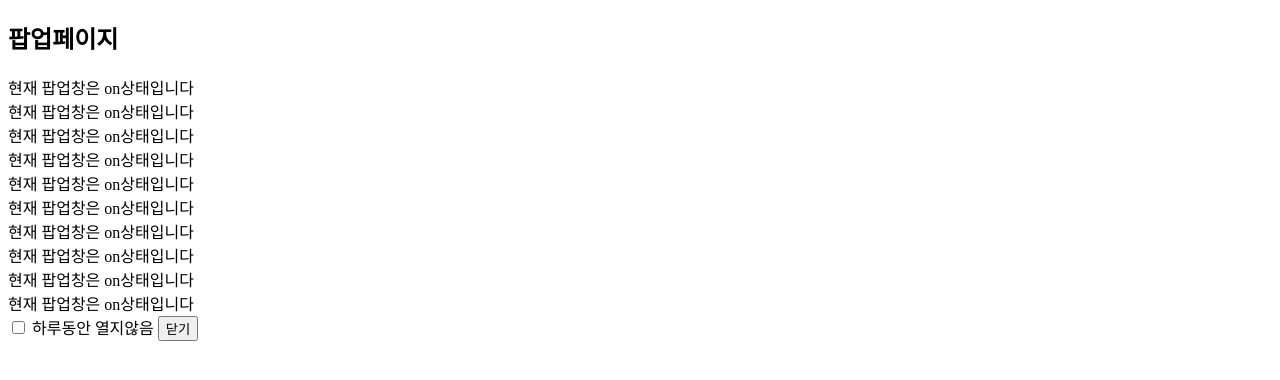
Repository: design-view/jspstudy
Page: http://localhost/GreenJsp/05cookiesession/popuppage.jsp
These files come from the project's save history. The page is drawn as it stood at one moment and after the next save; the edit follows.
The browser window is 1280 px wide. The pictures show the whole page.
The page is served by Tomcat 9. Other server files are loaded and not shown.

Above is the page before, as saved 2024-01-16 05:32:01.

### GreenJsp/src/main/webapp/05cookiesession/popuppage.jsp
<%@ page language="java" contentType="text/html; charset=UTF-8"
    pageEncoding="UTF-8"%>
<%
	String popupMode="on";
%>
<!DOCTYPE html>
<html>
<head>
<meta charset="UTF-8">
<title>Insert title here</title>
</head>
<body>
	<h2>팝업페이지</h2>
	<%
		for(int i=0; i<10; i++){
			out.println("현재 팝업창은 "+popupMode+"상태입니다<br/>");
		}
	%>
	<div id="popup">
		<form>
			<input type="checkbox" id="checkToday" value="1" />
			하루동안 열지않음 <input type="button"  value="닫기" id="closebtn"/>
		</form>
	</div>
</body>
</html>

After the next save:
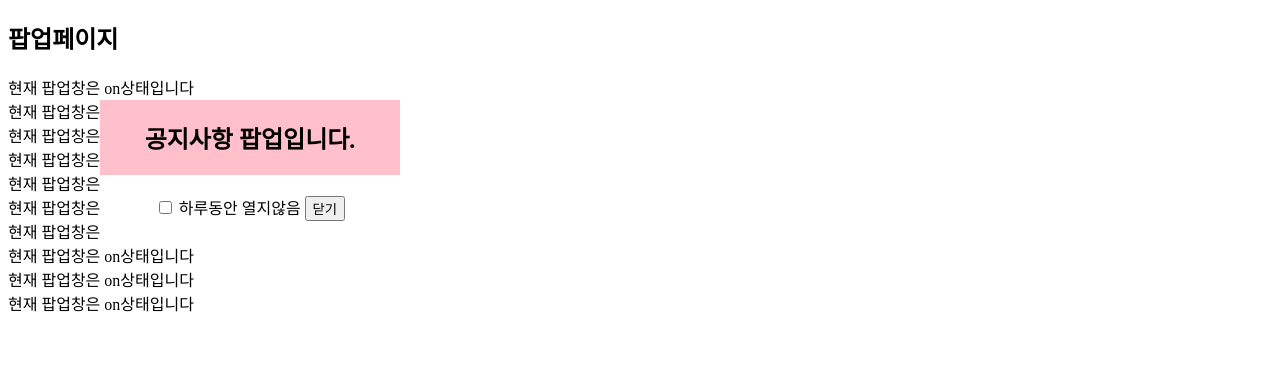
Saved 3 min 53 s later.
--- a/GreenJsp/src/main/webapp/05cookiesession/popuppage.jsp
+++ b/GreenJsp/src/main/webapp/05cookiesession/popuppage.jsp
@@ -8,6 +8,20 @@
 <head>
 <meta charset="UTF-8">
 <title>Insert title here</title>
+<style>
+	#popup {
+		position: absolute;
+		top: 100px;
+		left: 100px;
+		width: 300px;
+		background: pink;
+		text-align:center;
+	}
+	#popup div {
+		background: #fff;
+		padding:20px;
+	}
+</style>
 </head>
 <body>
 	<h2>팝업페이지</h2>
@@ -17,10 +31,13 @@
 		}
 	%>
 	<div id="popup">
-		<form>
-			<input type="checkbox" id="checkToday" value="1" />
-			하루동안 열지않음 <input type="button"  value="닫기" id="closebtn"/>
-		</form>
+		<h2>공지사항 팝업입니다.</h2>
+		<div>
+			<form>
+				<input type="checkbox" id="checkToday" value="1" />
+				하루동안 열지않음 <input type="button"  value="닫기" id="closebtn"/>
+			</form>
+		</div>
 	</div>
 </body>
 </html>
